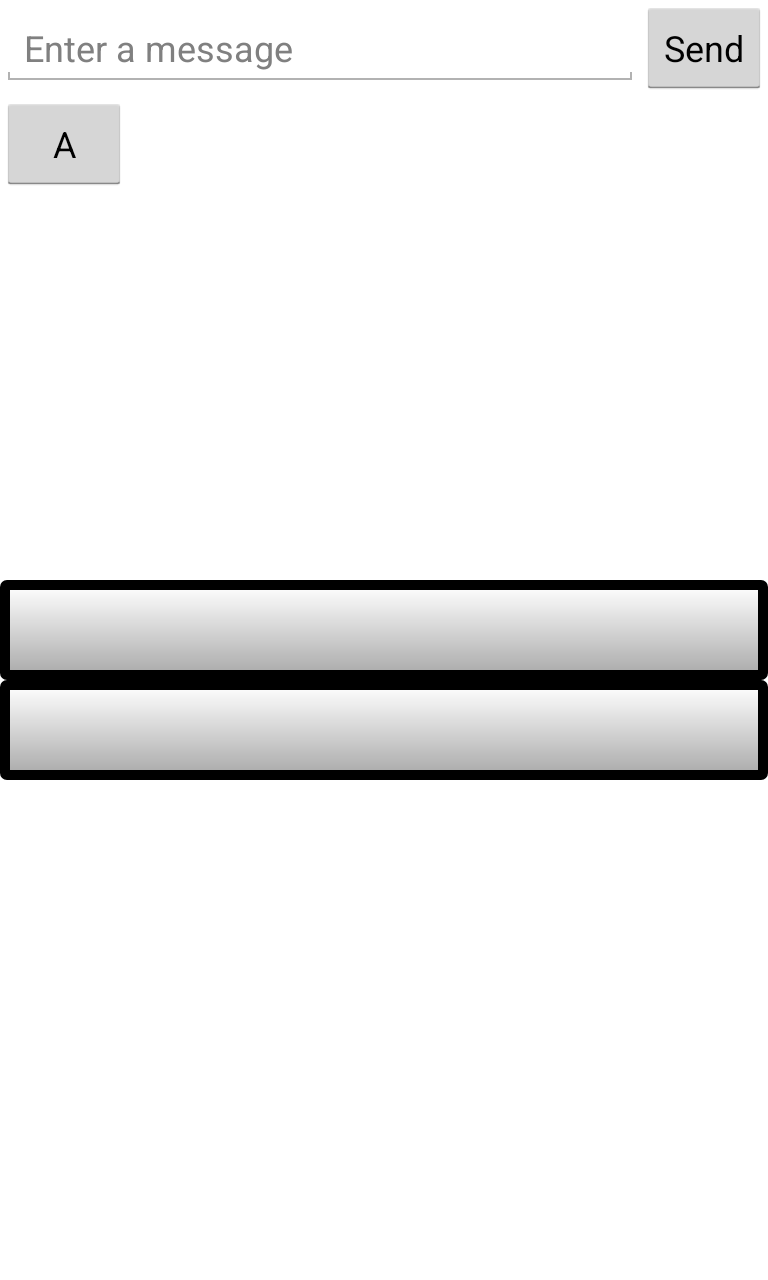
Repository: Jwonsever/AndroidPiano
Layout: HelloWorld/res/layout/activity_main.xml
An editor plug-in stored every save of this project. The layout is shown before and after the next save, followed by the edit.
It is drawn on a 768 x 1280 px phone screen (xhdpi) without system bars, with theme AppTheme; the app's code is not run.

Above is the layout before, as saved 2013-11-08 03:59:09.

After the next save:
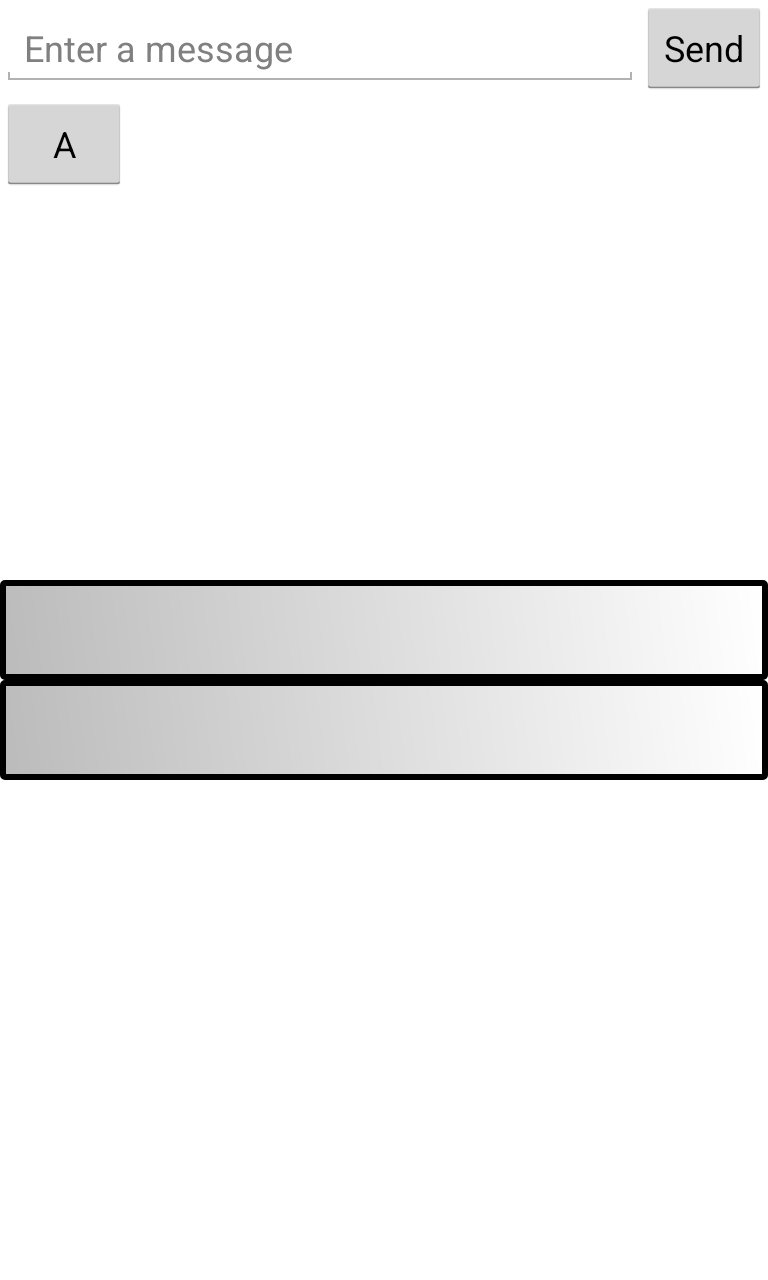
Saved 22 s later.
--- a/HelloWorld/res/drawable/piano_key.xml
+++ b/HelloWorld/res/drawable/piano_key.xml
@@ -2,9 +2,9 @@
 <shape xmlns:android="http://schemas.android.com/apk/res/android" >
 
     <gradient
-        android:angle="90"
+        android:angle="45"
         android:endColor="#FFFFFF"
-        android:startColor="#AAAAAA" />
+        android:startColor="#BBBBBB" />
 
     <corners
         android:bottomLeftRadius="1dp"
@@ -14,6 +14,6 @@
 
     </corners>
   	<stroke
-        android:width="5dip"
+        android:width="3dip"
         android:color="@android:color/black" />
 </shape>
